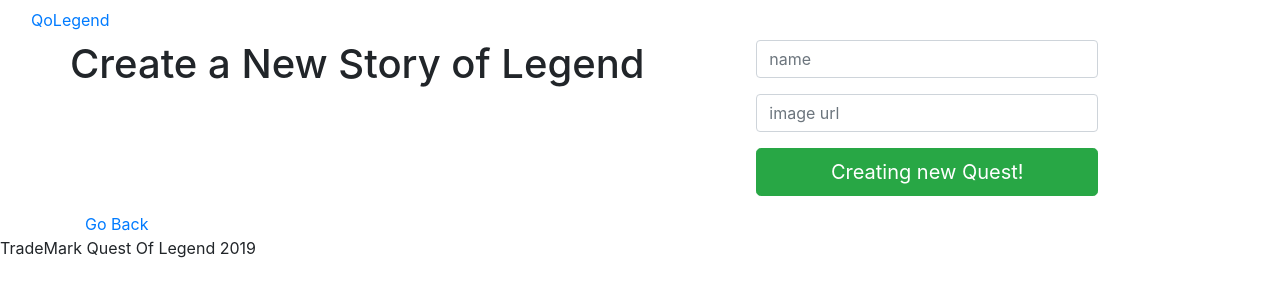
Repository: Hoangvo92/aws-program
Page: http://localhost/quests/new
The author's editor kept a record of every edit. The page is drawn from the files as they stood at one moment, then again after the next edit.
The browser window is 1280 px wide. The pictures show the whole page.
The page is served by the project's Node server (quests-of-legend/app.js).

Above is the page before.

After the next edit:
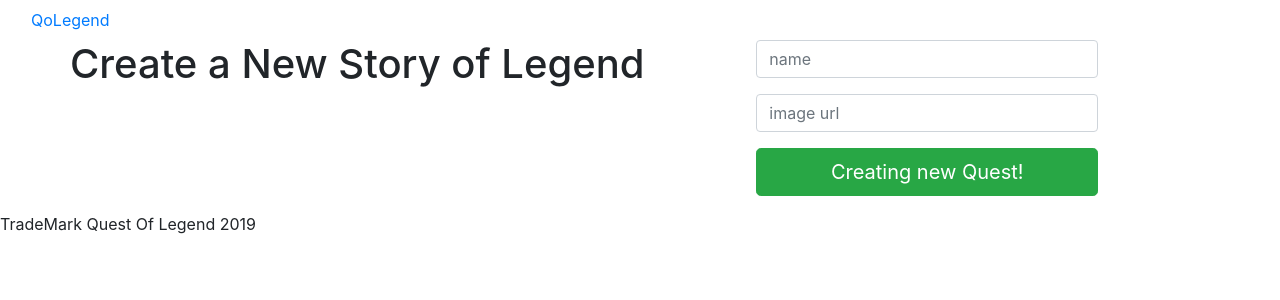
The edit:
--- a/quests-of-legend/views/new.ejs
+++ b/quests-of-legend/views/new.ejs
@@ -17,7 +17,7 @@
         </div>
 
     </div>
-     <a href="/quests"> Go Back</a>
+
 </div>
 
 <% include partials/footer %>
